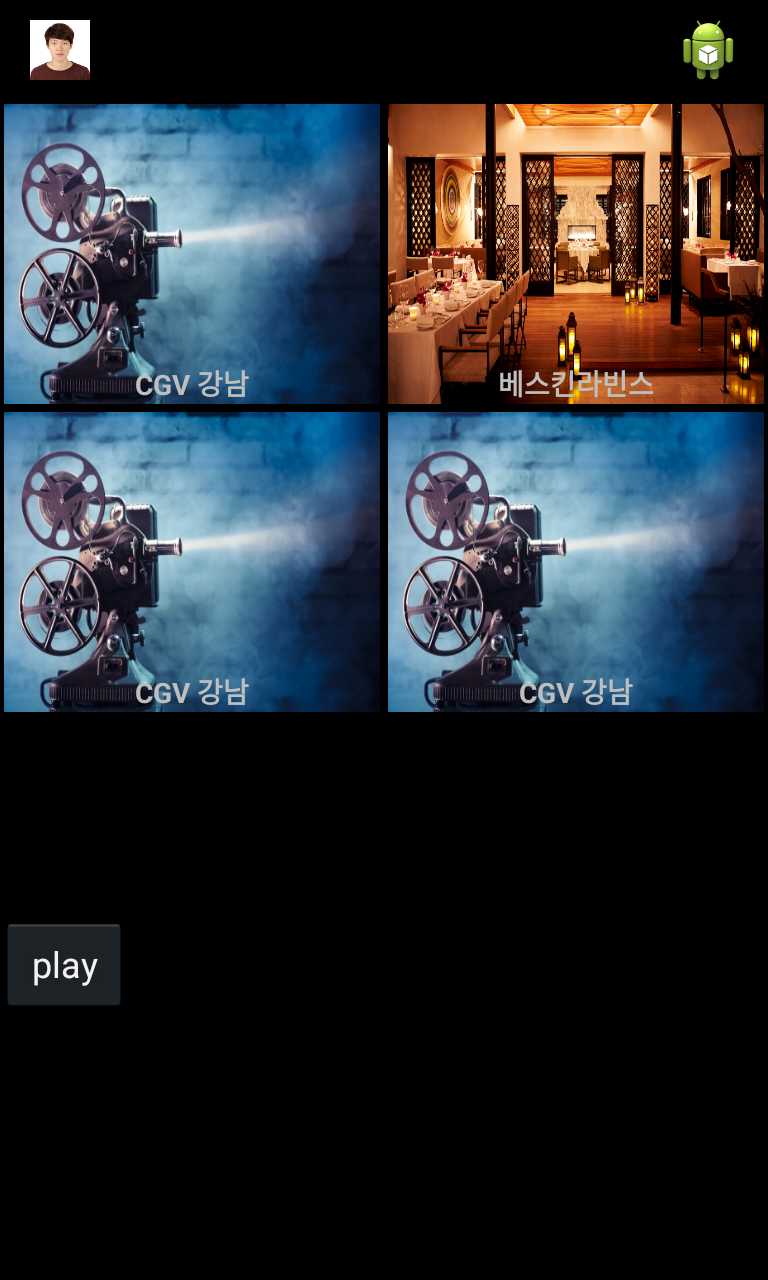
Repository: Minsu-Daniel-Kim/tipinboard1.0
Layout: TipinBoard1.0/res/layout/activity_main.xml
An editor plug-in stored every save of this project. The layout is shown before and after the next save, followed by the edit.
It is drawn on a 768 x 1280 px phone screen (xhdpi) without system bars, with theme android:Theme.Holo; the app's code is not run.

Above is the layout before, as saved 2013-04-15 14:15:05.

After the next save:
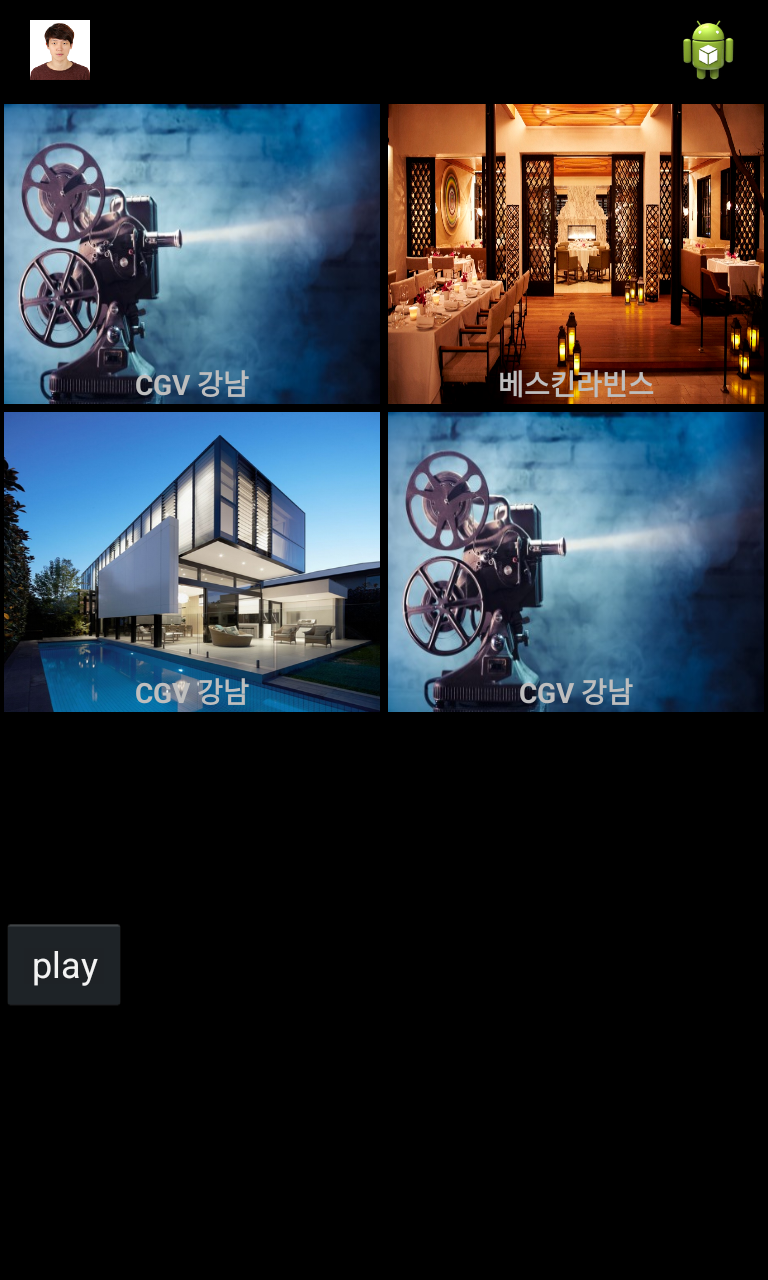
Saved 2 min 43 s later.
--- a/TipinBoard1.0/res/layout/activity_main.xml
+++ b/TipinBoard1.0/res/layout/activity_main.xml
@@ -103,7 +103,7 @@
             android:layout_height="150dp"
             android:layout_margin="2dp"
             android:layout_weight="1"
-            android:background="@drawable/movie"
+            android:background="@drawable/house"
             android:onClick="detail" >
 
             <TextView
